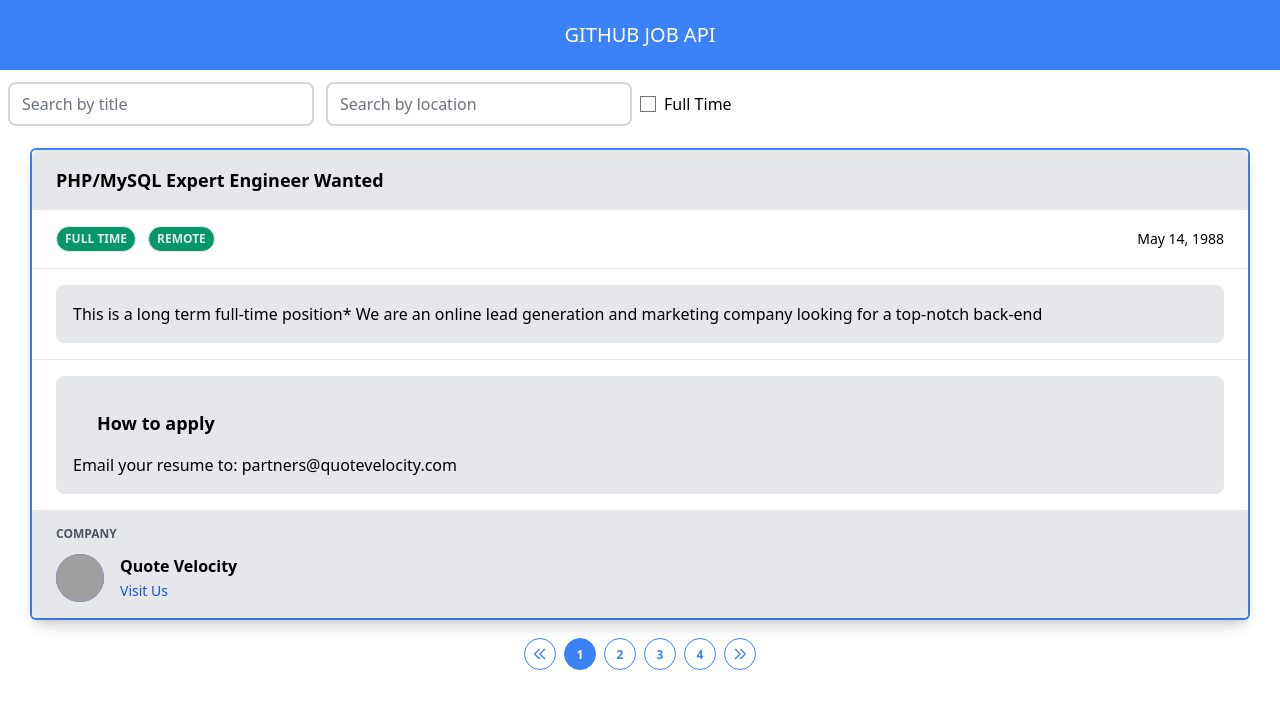
Repository: ShamroOoz/Github-job-api-React-Tailwind
Page: /
These files come from the project's save history. The page is drawn as it stood at one moment and after the next save; the edit follows.
The browser window is 1280 px wide. The pictures show the whole page.
Pictures or frames that could not be fetched are drawn as grey boxes. The page's requests for data from a server got no answer. The project was rebuilt for these pictures with package versions that can differ from the ones it lists, and the page was loaded fresh each time. No one was signed in, and anything a server would have sent is missing. Also part of the build but not shown: craco.config.js, src/components/Spinner.js, src/components/Alert.js.

Above is the page before, as saved 2021-03-21 18:41:47.

### src/index.css
@tailwind base;
@tailwind components;
@tailwind utilities;

.text-style {
  @apply w-3/5 outline-none border-0 focus:ring-2 ring-indigo-600 border-2 border-gray-300 rounded-lg placeholder-gray-500 placeholder-opacity-100;
}

### src/App.js
import { useState } from "react";
import { useFetch } from "./components/Hooks/useFetch";
import NavBar from "./components/NavBar";
import SearchForm from "./components/SearchForm";
import Pagination from "./components/Pagination";
import Job from "./components/Reducer/Job";
import Spinner from "./components/Spinner";
import Alert from "./components/Alert";

function App() {
  const [params, setparam] = useState({});
  const [page, setpage] = useState(1);
  const { jobs, loading, error } = useFetch(params, page);

  const handleparamchange = (e) => {
    setpage(1);
    let param = e.target.name;
    let value = e.target.value;
    setparam((prevparams) => {
      return { ...prevparams, [param]: value };
    });
  };

  return (
    <>
      <NavBar />
      <SearchForm handleparamchange={handleparamchange} params={params} />
      {/* <div className="px-2">
        {loading && <Spinner />}
        {error && <Alert />}
        {jobs &&
          jobs.map((result, index) => <Job key={index} reult={result} />)}
      </div> */}
      <Job />
      <Pagination />
    </>
  );
}

export default App;

### src/components/Hooks/useFetch.js
import { useReducer, useEffect } from "react";
import axios from "axios";
import { reducer, ACTIONS } from "../Reducer/Reduce";

//
const { MAKE_REQUEST, GET_DATA, ERROR } = ACTIONS;
const BASE_URL = "........";
//"https://secret-ocean-49799.herokuapp.com/https://jobs.github.com/positions.json";

const initialState = {
  jobs: [],
  loading: false,
  error: false,
};

export const useFetch = (params, page) => {
  const [state, dispatch] = useReducer(reducer, initialState);

  //useeffect hook to get data

  useEffect(() => {
    const cancelToken = axios.CancelToken.source();
    dispatch({ type: MAKE_REQUEST, payload: "" });
    axios
      .get(BASE_URL, {
        cancelToken: cancelToken.token,
        params: {
          markdown: true,
          page: page,
          ...params,
        },
      })
      .then((res) => {
        dispatch({ type: GET_DATA, payload: res.data });
        console.log(res.data);
      })
      .catch((err) => {
        if (axios.isCancel(err)) return;
        dispatch({ type: ERROR, payload: err });
      });
    //clean up
    return () => {
      cancelToken.cancel();
    };
  }, [page, params]);

  return state;
};

### src/components/NavBar.js
import React from "react";

const NavBar = () => {
  return (
    <nav className="relative flex flex-wrap items-center justify-center px-2 py-3 navbar-expand-lg bg-blue-500 ">
      <h2 className=" inline-block py-2 whitespace-no-wrap uppercase text-xl font-normal leading-normal  text-white">
        Github Job Api
      </h2>
    </nav>
  );
};

export default NavBar;

### src/components/SearchForm.js
import React from "react";

const SearchForm = ({ handleparamchange, params }) => {
  return (
    <form>
      <div className="grid grid-cols-2  ">
        <div className="py-3 px-2 flex space-x-3 ">
          <input
            className="text-style"
            type="text"
            placeholder={`Search by title `}
            name="description"
            value={params.description || ""}
            onChange={handleparamchange}
          />
          <input
            className="text-style"
            type="text"
            placeholder={`Search by location`}
            name="location"
            value={params.location || ""}
            onChange={handleparamchange}
          />
        </div>
        <div className="flex">
          <label className="flex items-center">
            <input
              type="checkbox"
              value={params.full_time || ""}
              onChange={handleparamchange}
            />
            <span className="ml-2">Full Time </span>
          </label>
        </div>
      </div>
    </form>
  );
};

export default SearchForm;

### src/components/Pagination.js
import React from "react";

const Pagination = () => {
  return (
    <nav className="block py-2 flex justify-center ">
      <ul className="flex pl-0 rounded list-none flex-wrap">
        <li>
          <a
            href="#pablo"
            className="first:ml-0 text-xs font-semibold flex w-8 h-8 mx-1 p-0 rounded-full items-center justify-center leading-tight relative border border-solid border-blue-500 bg-white text-blue-500"
          >
            <svg
              xmlns="http://www.w3.org/2000/svg"
              fill="none"
              viewBox="0 0 24 24"
              stroke="currentColor"
              className="w-4"
            >
              <path
                strokeLinecap="round"
                strokeLinejoin="round"
                strokeWidth="2"
                d="M11 19l-7-7 7-7m8 14l-7-7 7-7"
              />
            </svg>
          </a>
        </li>
        <li>
          <a
            href="#pablo"
            className="first:ml-0 text-xs font-semibold flex w-8 h-8 mx-1 p-0 rounded-full items-center justify-center leading-tight relative border border-solid border-blue-500 text-white bg-blue-500"
          >
            1
          </a>
        </li>
        <li>
          <a
            href="#pablo"
            className="first:ml-0 text-xs font-semibold flex w-8 h-8 mx-1 p-0 rounded-full items-center justify-center leading-tight relative border border-solid border-blue-500 bg-white text-blue-500"
          >
            2
          </a>
        </li>
        <li>
          <a
            href="#pablo"
            className="first:ml-0 text-xs font-semibold flex w-8 h-8 mx-1 p-0 rounded-full items-center justify-center leading-tight relative border border-solid border-blue-500 bg-white text-blue-500"
          >
            3
          </a>
        </li>
        <li>
          <a
            href="#pablo"
            className="first:ml-0 text-xs font-semibold flex w-8 h-8 mx-1 p-0 rounded-full items-center justify-center leading-tight relative border border-solid border-blue-500 bg-white text-blue-500"
          >
            4
          </a>
        </li>

        <li>
          <a
            href="#pablo"
            className="first:ml-0 text-xs font-semibold flex w-8 h-8 mx-1 p-0 rounded-full items-center justify-center leading-tight relative border border-solid border-blue-500 bg-white text-blue-500"
          >
            <svg
              xmlns="http://www.w3.org/2000/svg"
              fill="none"
              viewBox="0 0 24 24"
              stroke="currentColor"
              className="w-4"
            >
              <path
                strokeLinecap="round"
                strokeLinejoin="round"
                strokeWidth="2"
                d="M13 5l7 7-7 7M5 5l7 7-7 7"
              />
            </svg>
          </a>
        </li>
      </ul>
    </nav>
  );
};

export default Pagination;

### src/components/Reducer/Job.js
import React from "react";

const Job = (props) => {
  return (
    <div className="flex shadow-lg ring-2 ring-blue-500 mx-8 my-3 rounded">
      <div className="w-full flex flex-col bg-white shadow-lg rounded-lg overflow-hidden">
        <div className="bg-gray-200  text-lg px-6 py-4 font-bold">
          PHP/MySQL Expert Engineer Wanted
        </div>

        <div className="flex justify-between items-center px-6 py-4">
          <div className="flex space-x-3">
            <div className="bg-green-600 text-xs uppercase px-2 py-1 rounded-full border border-gray-200 text-gray-200 font-bold">
              Full Time
            </div>
            <div className="bg-green-600 text-xs uppercase px-2 py-1 rounded-full border border-gray-200 text-gray-200 font-bold">
              remote
            </div>
          </div>
          <div className="text-sm">May 14, 1988</div>
        </div>

        <div className="px-6 py-4 border-t border-gray-200">
          <div className="border rounded-lg p-4 bg-gray-200">
            <span>
              This is a long term full-time position* We are an online lead
              generation and marketing company looking for a top-notch back-end
            </span>
          </div>
        </div>
        <div className="px-6 py-4 border-t border-gray-200">
          <div className="border rounded-lg p-4 bg-gray-200">
            <h2 className=" text-lg px-6 py-4 font-bold">How to apply</h2>
            <span>Email your resume to: partners@quotevelocity.com</span>
          </div>
        </div>

        <div className="bg-gray-200 px-6 py-4 flex">
          <div>
            <div className="uppercase text-xs text-gray-600 font-bold">
              Company
            </div>
            <div className="flex items-center pt-3">
              <img
                src={`"https://jobs.github.com/rails/active_storage/blobs/eyJfcmFpbHMiOnsibWVzc2FnZSI6IkJBaHBBbUNkIiwiZXhwIjpudWxsLCJwdXIiOiJibG9iX2lkIn19--9f231bb6ce6ab74ff6733a699af7ad6affdfd9d6/Yields_logo_bichrome.jpg"`}
                alt=""
                className="bg-blue-700 w-12 h-12 flex justify-center items-center rounded-full uppercase font-bold text-white"
              />

              <div className="ml-4">
                <p className="font-bold">Quote Velocity</p>
                <a
                  href={`http://www.yields.io`}
                  className="text-sm text-blue-700 mt-1"
                >
                  Visit Us
                </a>
              </div>
            </div>
          </div>
        </div>
      </div>
    </div>
  );
};

export default Job;

### src/components/Reducer/Reduce.js
export const ACTIONS = {
  MAKE_REQUEST: "MAKE_REQUEST",
  GET_DATA: "GET_DATA",
  ERROR: "ERROR",
};

export const reducer = (state, action) => {
  switch (action.type) {
    case ACTIONS.MAKE_REQUEST:
      return { ...state, loading: true };
    case ACTIONS.GET_DATA:
      return {
        ...state,
        loading: false,
        jobs: action.payload,
      };
    case ACTIONS.ERROR:
      return { ...state, error: true };
    default:
      return state;
  }
};

Loaded but not shown: public/index.html (common file); src/index.js (common file); tailwind.config.js (common file)

After the next save:
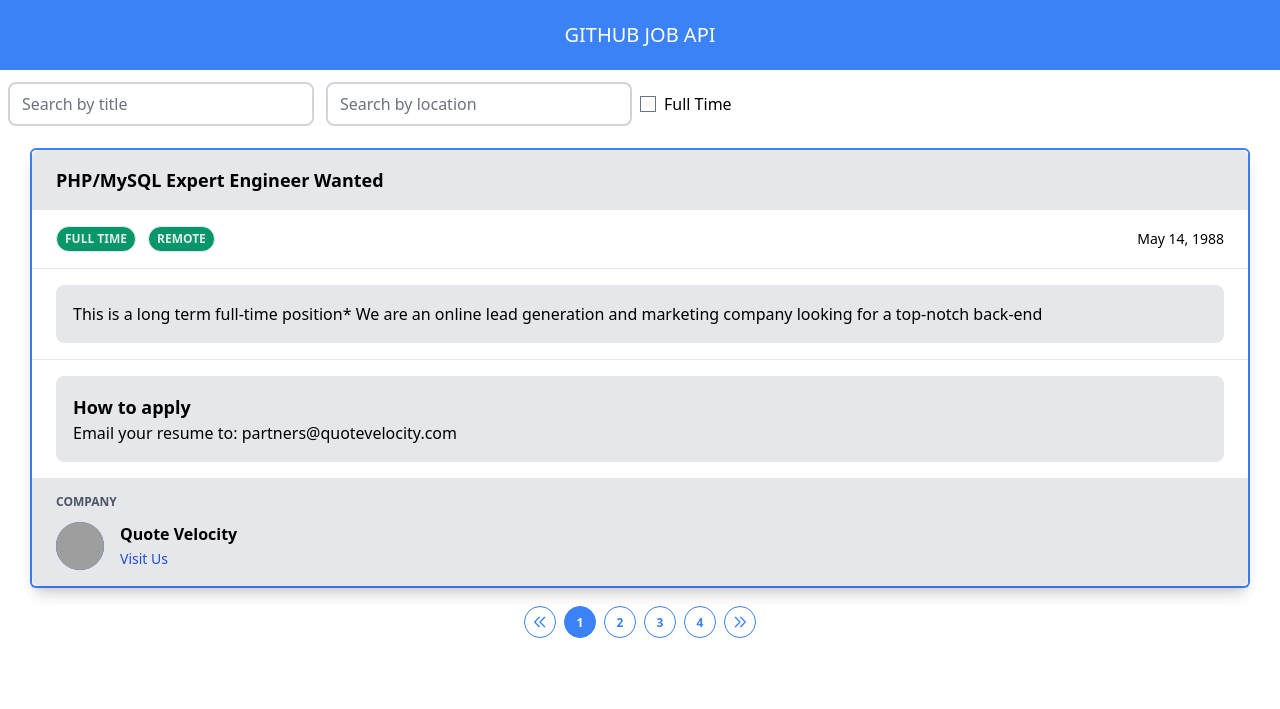
Saved 14 s later.
--- a/src/components/Reducer/Job.js
+++ b/src/components/Reducer/Job.js
@@ -30,7 +30,7 @@
         </div>
         <div className="px-6 py-4 border-t border-gray-200">
           <div className="border rounded-lg p-4 bg-gray-200">
-            <h2 className=" text-lg px-6 py-4 font-bold">How to apply</h2>
+            <h2 className=" text-lg  font-bold">How to apply</h2>
             <span>Email your resume to: partners@quotevelocity.com</span>
           </div>
         </div>

After the save that followed:
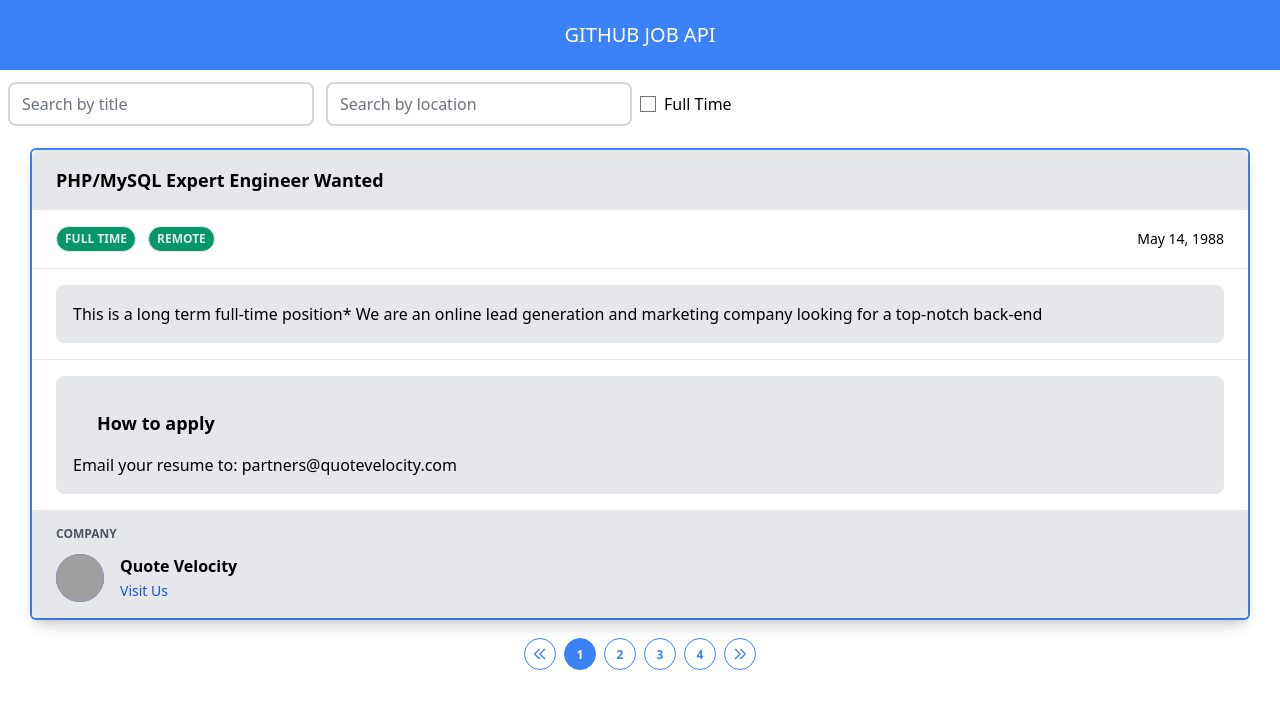
Saved 14 s later.
--- a/src/components/Reducer/Job.js
+++ b/src/components/Reducer/Job.js
@@ -30,7 +30,7 @@
         </div>
         <div className="px-6 py-4 border-t border-gray-200">
           <div className="border rounded-lg p-4 bg-gray-200">
-            <h2 className=" text-lg  font-bold">How to apply</h2>
+            <h2 className=" text-lg px-6 py-4 font-bold">How to apply</h2>
             <span>Email your resume to: partners@quotevelocity.com</span>
           </div>
         </div>
